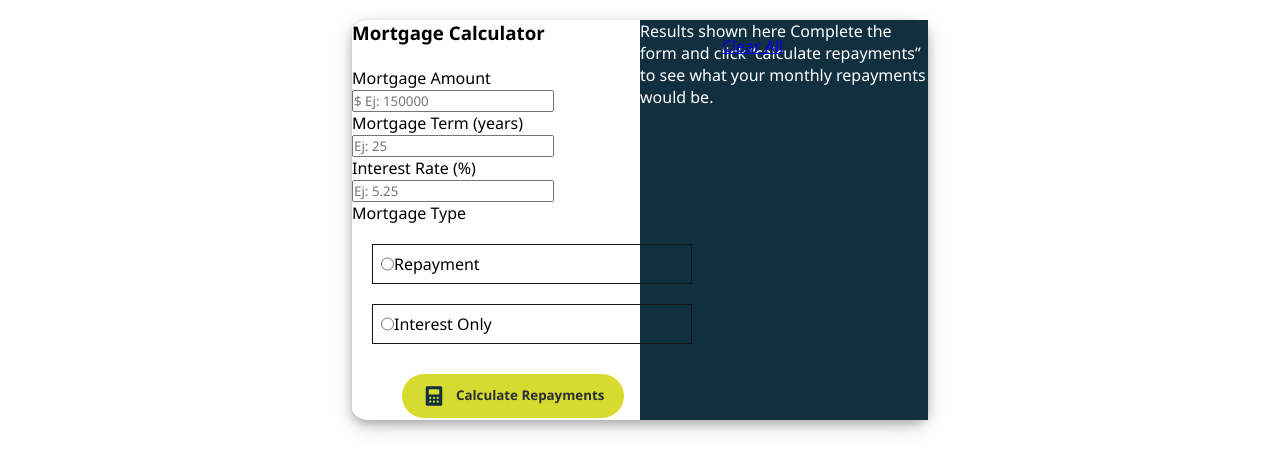
Repository: GravielPV/Mortgage-repayment-calculator
Page: index.html
These files come from the project's save history. The page is drawn as it stood at one moment and after a run of saves; the edit follows.
The browser window is 1280 px wide. The pictures show the whole page.

Above is the page before, as saved 2025-12-11 17:29:32.

After the next 2 saves:
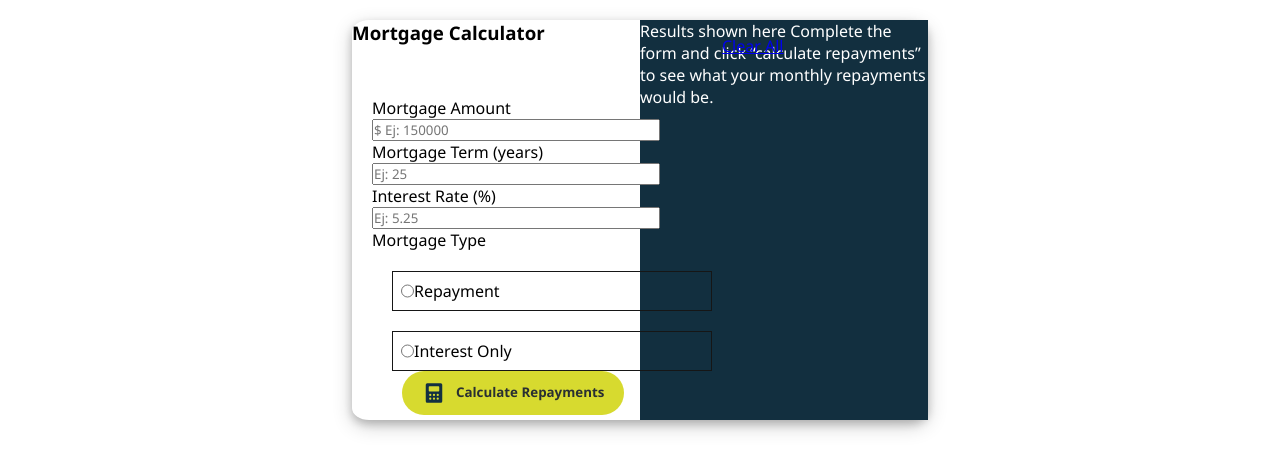
The 2 saves are shown as one change because they came seconds apart.
The last was saved 7 s later.
--- a/styles.css
+++ b/styles.css
@@ -82,3 +82,11 @@ a{
         margin-top: 20px;
         border: 1px solid rgb(22, 22, 22);
     }
+
+    .campo{
+        display: flex;
+        flex-direction: column;
+        position: relative;
+        top: 30px;
+        left: 20px;
+    }
